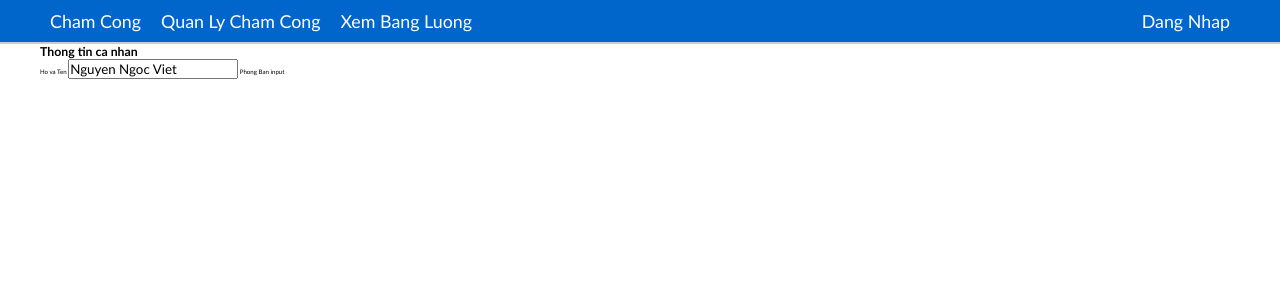
Repository: LDDUNG2003/a
Page: payroll.html
An editor plug-in stored every save of this project. The page is shown before and after the next save, followed by the edit.
The browser window is 1280 px wide. The pictures show the whole page.

Above is the page before, as saved 2023-10-15 12:08:28.

### payroll.html
<!DOCTYPE html>
<html lang="en">

<head>
    <meta charset="UTF-8">
    <meta name="viewport" content="width=device-width, initial-scale=1.0">
    <title>Document</title>
    <link rel="stylesheet" href="./controlView/css/base.css">

</head>

<body>
    <div class="main">
        <header class="app__header">
            <nav class="navBar">
                <ul class="navBar-list">
                    <li class="navBar--items"><a href="./index.html" class="navbar--link">Cham cong</a></li>
                    <li class="navBar--items"><a href="" class="navbar--link">Quan ly cham cong</a></li>
                    <li class="navBar--items">
                        <a href="" class="navbar--link">Xem bang luong</a></li>
                </ul>
                <ul class="navBar-list navBar-list--login">
                    <!-- login  -->
                    <li class="navBar--items">
                        <a href="./login.html" class="navbar--link">dang nhap</a></li>
                    <!-- admin menu -->
                    <!-- <li class="navBar--items">
                    admin
                    <ul class="account-list">
                        <li class="account--item"><a href="" class="navbar--link">admin</a></li>
                        <li class="account--item"><a href="" class="navbar--link">quan li nhan su</a></li>
                        <li class="account--item"><a href="" class="navbar--link">dang xuat</a></li>
                    </ul>
                </li> -->
                    <!-- personnel menu -->
                    <!-- <li class="navBar--items">
                    account name
                    <ul class="account-list">
                        <li class="account--item"><a href="" class="navbar--link">cai dat tai khoan</a></li>
                        <li class="account--item"><a href="" class="navbar--link">dang ki ca lam</a></li>
                        <li class="account--item"><a href="" class="navbar--link">dang xuat</a></li>
                    </ul>
                </li> -->
                </ul>
            </nav>
        </header>
        <div class="app__content">
            <div class="content-information">
                <div class="infomation--contain">
                    <h1>Thong tin ca nhan</h1>
                    <form action="" method="post">
                        <label for="name">Ho va Ten</label>
                        <input type="text" name="name" value="Nguyen Ngoc Viet">
                        <label for="Department">Phong Ban</label> input
                    </form>
                </div>
                <div class="infomation--contain"></div>
            </div>
        </div>
    </div>
</body>

</html>

### controlView/css/base.css
:root {
    --primary-color: #0066cc;
    --text-color: #040404;
}

* {
    padding: 0px;
    margin: 0px;
    font-family: 'Trebuchet MS', 'Lucida Sans Unicode', 'Lucida Grande', 'Lucida Sans', Arial, sans-serif;
}

html,
body {
    font-size: 0.62rem;
}

.main {}

.app__header {
    color: #fff;
    width: 100%;
    border-bottom: solid 2px #ccc;
    background-color: var(--primary-color);
}

.navBar {
    width: 100%;
    max-width: 1200px;
    margin: auto;
    display: flex;
    justify-content: space-between;
}

.navBar-list {
    display: flex;
    list-style: none;
    color: #fff;
}

.navBar--items {
    padding: 10px 10px;
    font-size: 1.8rem;
    position: relative;
    cursor: pointer;
    text-transform: capitalize;
}

.navBar--items::after {
    content: '';
    padding-top: 5px;
    top: 80%;
    left: 10px;
    display: none;
    /* width: 0px; */
    background-color: var(--primary-color);
    position: absolute;
    width: 70px;
}

.navBar--items:hover .navBar--items::after {
    display: block;
}

.navbar--link {
    text-decoration: none;
    color: inherit;
}

.account-list {
    position: absolute;
    width: 150px;
    display: none;
    list-style: none;
    padding: 4px;
    color: var(--text-color);
    top: 100%;
    left: 0px;
    box-shadow: #414141;
    background-color: white;
}

.navBar--items:hover .account-list {
    display: block;
}

.account--item {
    padding: 5px 0px;
    border-bottom: solid 1px #ccc;
}

.app__content {
    width: 100%;
    max-width: 1200px;
    margin: auto;
}

After the next save:
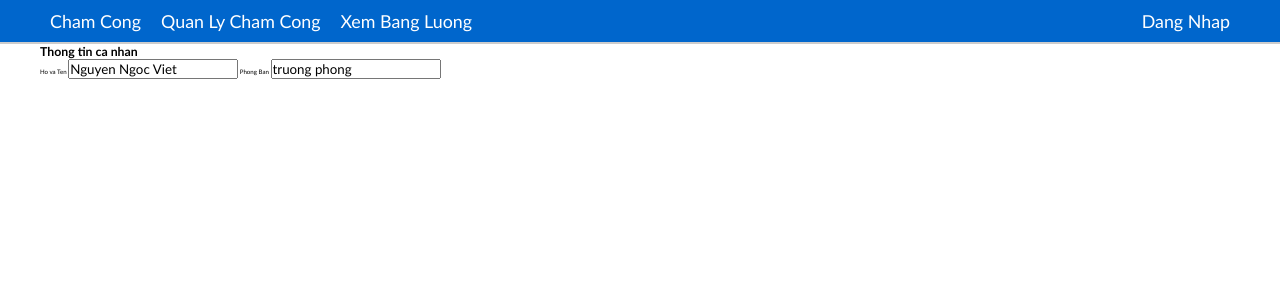
Saved 6 min 34 s later.
--- a/payroll.html
+++ b/payroll.html
@@ -51,7 +51,8 @@
                     <form action="" method="post">
                         <label for="name">Ho va Ten</label>
                         <input type="text" name="name" value="Nguyen Ngoc Viet">
-                        <label for="Department">Phong Ban</label> input
+                        <label for="Department">Phong Ban</label>
+                        <input type="text" name="Department" value="truong phong">
                     </form>
                 </div>
                 <div class="infomation--contain"></div>
